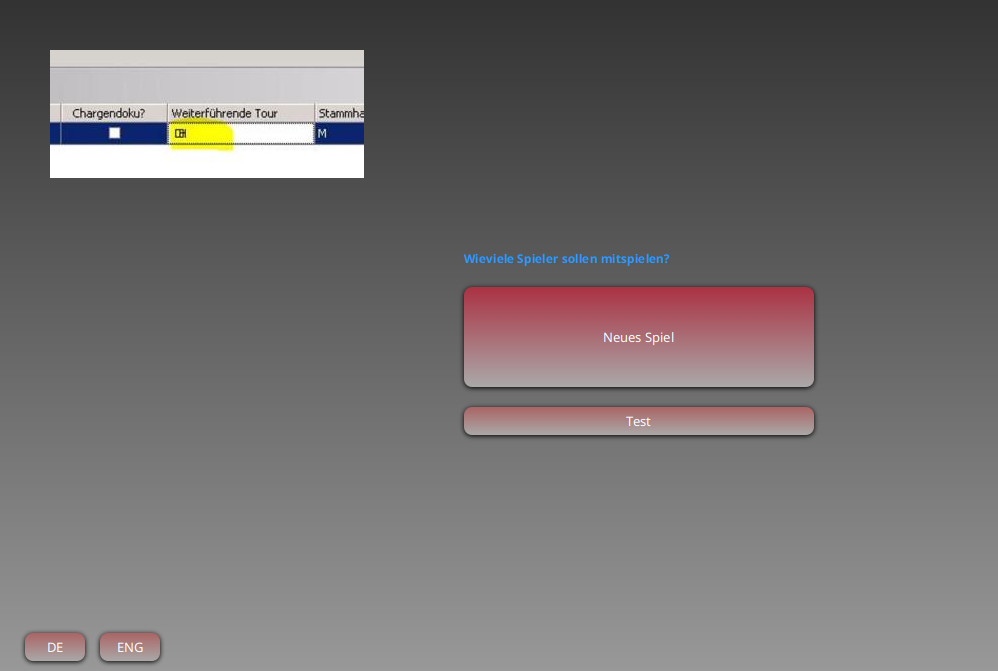
Repository: berger-designz/MenschAergereDichNicht
Program's window: java MenschAergereDichNicht/src/Game_GUI/GUI_Primary.java
The author's editor kept a copy of each file at every save. The program's window is drawn from the files as they stood at one save, then again after the next save.
It runs on Java 21 on a 1366 x 768 screen with JavaFX 11; the title bar is not drawn. It also reads MenschAergereDichNicht/src/style/test_pic_1.jpg.

Above is the program's window before, as saved 2016-05-25 14:08:14.

### MenschAergereDichNicht/src/Game_GUI/GUI_Primary.java
package Game_GUI;

import java.io.File;
import java.io.IOException;

import javafx.application.Application;
import javafx.application.Platform;
import javafx.collections.FXCollections;
import javafx.collections.ObservableList;
import javafx.event.EventHandler;
import javafx.fxml.FXMLLoader;
import javafx.geometry.Insets;
import javafx.scene.Scene;
import javafx.scene.control.Button;
import javafx.scene.control.Label;
import javafx.scene.control.ListView;
import javafx.scene.control.ToolBar;
import javafx.scene.image.Image;
import javafx.scene.image.ImageView;
import javafx.scene.layout.BorderPane;
import javafx.scene.layout.HBox;
import javafx.scene.layout.Priority;
import javafx.scene.layout.VBox;
import javafx.scene.paint.Color;
import javafx.scene.text.Font;
import javafx.scene.text.FontWeight;
import javafx.stage.Stage;
import javafx.stage.WindowEvent;

public class GUI_Primary extends Application
{

	private static Label top_label;
	private static Label bottom_label;
	private static Button gameStart_Button;
	private static Button test_button;
	private static Button lang_de_Button;
	private static Button lang_en_Button;
	private static ToolBar main_toolbar;

	public void startView(){
		// show GUI (JavaFX)
		String value = ""; // TODO: Welcher wert muss da sein ?
		launch(value);
		System.out.println("started");

	}

	@Override
	public void start(Stage stage) throws Exception
	{
		/*Image img1 = new Image ("test_pic_1.jpg");
		ImageView imgView1 = new ImageView(img1);*/
		Image img1 = new Image (new File("src/style/test_pic_1.jpg").toURI().toString());
		ImageView imgView1 = new ImageView(img1);

		/*Image img2 = new Image ("style/table.jpg", true);
		ImageView sub_image = new ImageView(img2);*/


		top_label = new Label("Wieviele Spieler sollen mitspielen?");
		top_label.setTextFill(Color.web("#2E9AFE"));
		top_label.setFont(Font.font("Verdana", FontWeight.BOLD, 12));

		bottom_label = new Label();
		bottom_label.setTextFill(Color.web("#2E9AFE"));
		bottom_label.setFont(Font.font("Verdana", FontWeight.BOLD, 12));





		gameStart_Button = new Button("Neues Spiel");
		gameStart_Button.setMaxSize(350, 0);
		test_button = new Button("Test");
		test_button.setMaxSize(350, 0);

		lang_de_Button = new Button("DE");
		lang_de_Button.setMaxSize(500, 350);
		lang_en_Button = new Button("ENG");
		lang_en_Button.setMaxWidth(Double.MAX_VALUE);

		VBox vbox = new VBox();
		VBox.setVgrow(gameStart_Button, Priority.ALWAYS);
		gameStart_Button.setMinHeight(100);
		vbox.getChildren().addAll(top_label, gameStart_Button, test_button);
		vbox.setPadding(new Insets(250, 50, 50, 50));
		vbox.setSpacing(20);


		HBox hbox_bottom = new HBox();
		HBox.setHgrow(lang_de_Button, Priority.ALWAYS);
	    HBox.setHgrow(lang_en_Button, Priority.ALWAYS);
	    lang_de_Button.setMaxWidth(60);
	    lang_en_Button.setMaxWidth(60);
		hbox_bottom.getChildren().addAll(bottom_label, lang_de_Button, lang_en_Button);
		hbox_bottom.setSpacing(5);
		hbox_bottom.setPadding(new Insets(10, 10, 10, 10));
		hbox_bottom.setSpacing(15);

		HBox hbox_left = new HBox();
		hbox_left.getChildren().addAll(imgView1);
		hbox_left.setPadding(new Insets(50, 50, 50, 50));

		HBox hbox_right = new HBox();
		hbox_right.setPadding(new Insets(50, 50, 50, 50));

		BorderPane main_pane = new BorderPane();
		main_pane.setCenter(vbox);
		main_pane.setLeft(hbox_left);
		main_pane.setBottom(hbox_bottom);
		main_pane.setRight(hbox_right);

		Scene main_scene = new Scene(main_pane);
		main_scene.getStylesheets().add("style/style.css");

		stage.centerOnScreen();
		stage.setTitle("Game - Mensch ärgere Dich nicht");
		stage.setHeight(700);
		stage.setWidth(1000);
		stage.setScene(main_scene);
		stage.show();
		stage.setOnCloseRequest(new EventHandler<WindowEvent>() {
            public void handle(WindowEvent t) {
                Platform.exit();
                System.exit(0);
            }
        });



	}
	}

### MenschAergereDichNicht/src/style/style.css
.root {
	-fx-background-color: linear-gradient(#333333, #999999);
}

.button {
	//-fx-background-color: #AA3344;
	-fx-background-color: linear-gradient(#AA6666, #AAAAAA);
	-fx-text-fill: #FFFFFF;
	-fx-background-radius: 8,7,6;
    -fx-background-insets: 0,1,2;
    -fx-effect: dropshadow( three-pass-box , rgba(0,0,0,3) , 5, 0.0 , 0 , 1 );
}

.button:hover {
	-fx-background-color: linear-gradient(#AA3344, #AAAAAA);
	-fx-text-fill: #FFFFFF;
}

.button:pressed {
    -fx-effect: dropshadow( gaussian , rgba(0,0,0,0.7) , 10,0,0,1 );
    -fx-effect: innershadow( gaussian , rgba(0,0,0,0.7) , 20,0,0,0 );
}

.text-field {
	-fx-border-color: #AAAAAA;
	-fx-border-width: 2px;
}

.list-view {
	-fx-font: bold 12pt "Comic Sans MS";
}

.list-view *.scroll-bar:vertical {
    -fx-background-color: #AA3344;
    -fx-background-radius: 5;
}

.list-view:hover *.scroll-bar:vertical {
    -fx-background-color: linear-gradient(#AAAAAA, #AA3344);
    -fx-background-radius: 5;
}

After the next save:
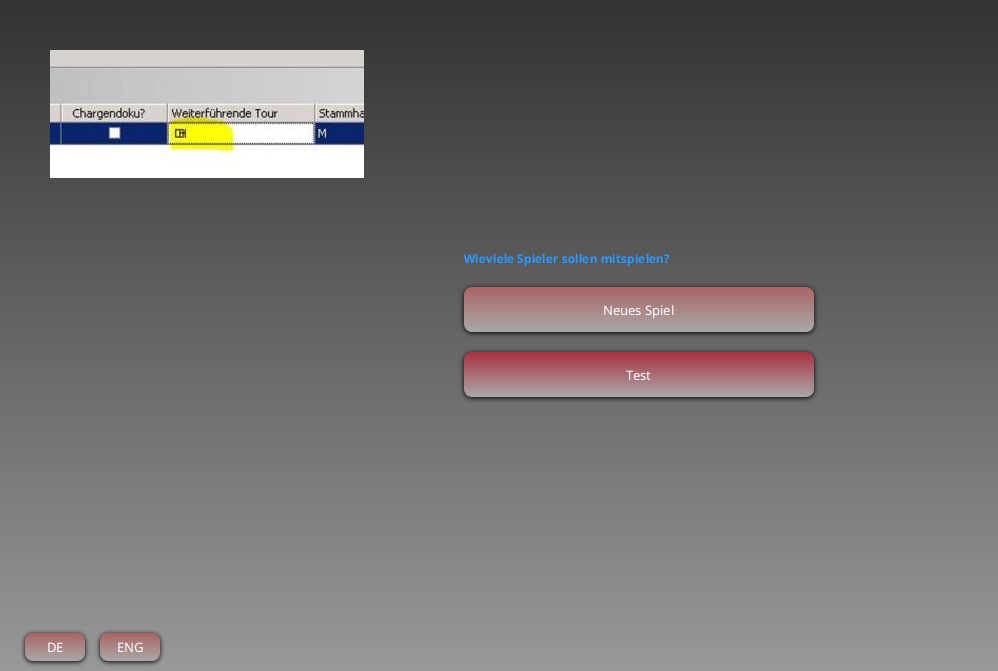
Saved 32 s later.
--- a/MenschAergereDichNicht/src/Game_GUI/GUI_Primary.java
+++ b/MenschAergereDichNicht/src/Game_GUI/GUI_Primary.java
@@ -82,7 +82,9 @@
 
 		VBox vbox = new VBox();
 		VBox.setVgrow(gameStart_Button, Priority.ALWAYS);
-		gameStart_Button.setMinHeight(100);
+		gameStart_Button.setMinHeight(45);
+		VBox.setVgrow(test_button, Priority.ALWAYS);
+		test_button.setMinHeight(45);
 		vbox.getChildren().addAll(top_label, gameStart_Button, test_button);
 		vbox.setPadding(new Insets(250, 50, 50, 50));
 		vbox.setSpacing(20);
